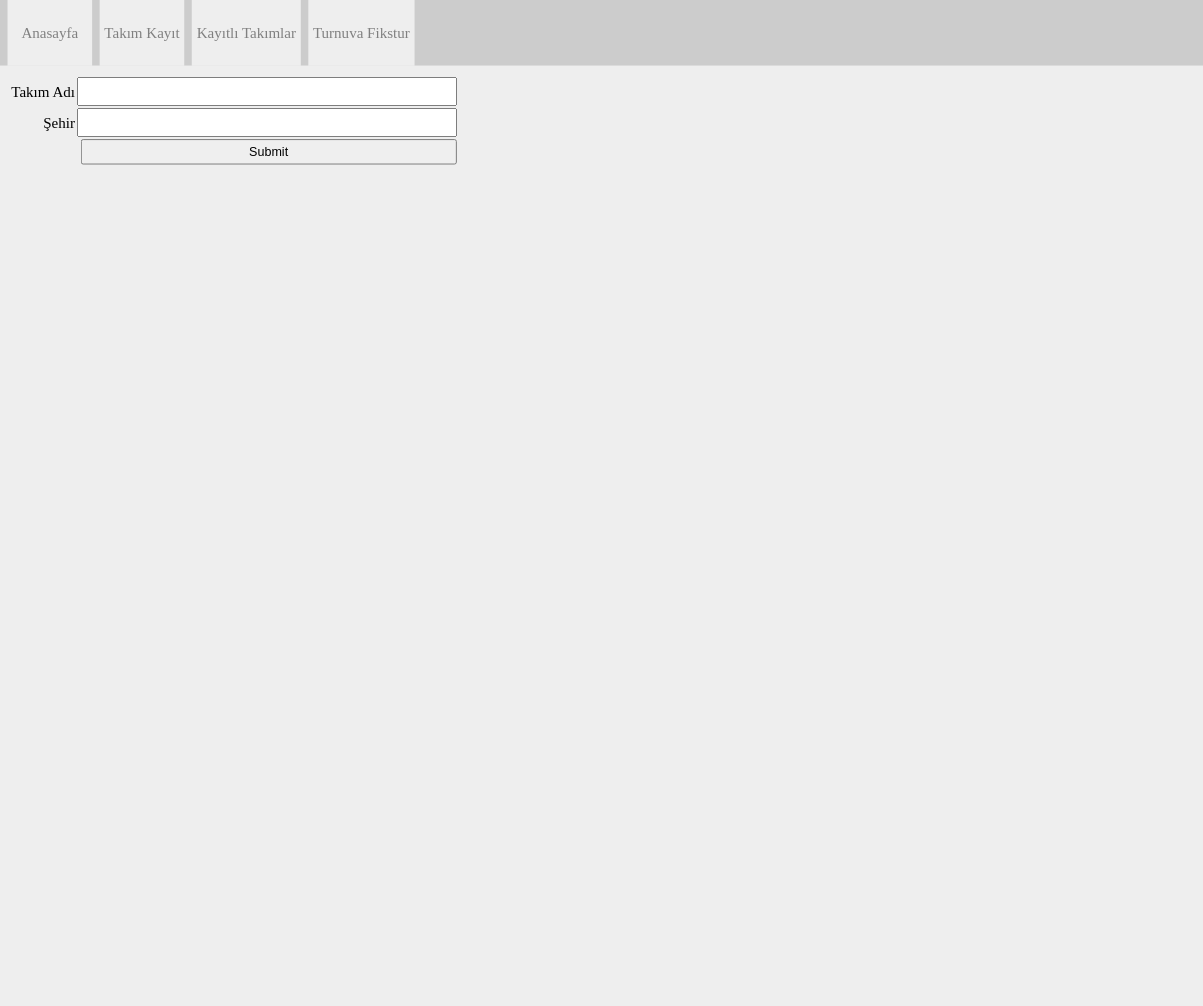
Repository: oktembaris77/internet_final
Page: http://localhost/internetfinal/takim_kayit.jsp
The author's editor kept a copy of each file at every save. The page is drawn from the files as they stood at one save, then again after the next save.
The browser window is 1280 px wide. The pictures show the whole page, at 94% of full size.
The page is served by Tomcat 9. Other server files are loaded and not shown.

Above is the page before, as saved 2020-05-11 20:01:22.

### internetfinal/WebContent/takim_kayit.jsp
<%@ page language="java" contentType="text/html; charset=UTF-8"
    pageEncoding="UTF-8"%>
<!DOCTYPE html>
<html>
<head>
<meta charset="ISO-8859-1">
<title>Takım Kayıt</title>
<meta charset="utf-8"/>
<style>
*{
	margin:0;padding:0;
}

#ustmenu{
width:100%;
height:70px;
background-color:#ccc;
}
a{
text-decoration:none;
color:gray;
}
a:hover{
text-decoration:none;
color:white;
}
#sayfabtn{
height:70px;
min-width:90px;
background-color:#eee;
color:white;
text-align:center;
margin-left:8px;
text-decoration:none;
padding:0px 5px 0px 5px;
box-sizing:border-box;
line-height:70px;
float:left;
}

#sayfabtn:hover{
transition:0.2s;
background-color:#ccc;
border:1px solid #ccc;
box-shadow: 1px 2px 1px 1px gray;
}

#icerik{
width:100%;
height:1000px;
background-color:#eee;
padding:10px;
box-sizing:border-box;
}

td{
text-align:right;
}
input{
height: 27px;
width: 400px;
}
</style>
</head>
<body>
	<div id="ustmenu">
		<div id="sayfabtn">
			<a href = "index.jsp">Anasayfa</a>
		</div>
		<div id="sayfabtn">
			<a href = "takim_kayit.jsp">Takım Kayıt</a>
		</div>
		<div id="sayfabtn">
			<a href = "kayitli_takimlar.jsp">Kayıtlı Takımlar</a>
		</div>
		<div id="sayfabtn">
			<a href = "turnuva_fikstur.jsp">Turnuva Fikstur</a>
		</div>
	</div>

	<div id="icerik">
		<form name="takimkayit" action="TakimKayitServlet" method="post">
			<table>
				<tr>
					<td>Takım Adı </td>
					<td><input id="inputtext" type="text" name="takimadi"></td>
				</tr>
				<tr>
					<td>Şehir </td>
					<td><input id="inputtext" type="text" name="sehir"></td>
				</tr>
				<tr>
					<td></td>
					<td><input type="submit"></td>
				</tr>
			</table>


		</form>
	</div>



</body>
</html>

After the next save:
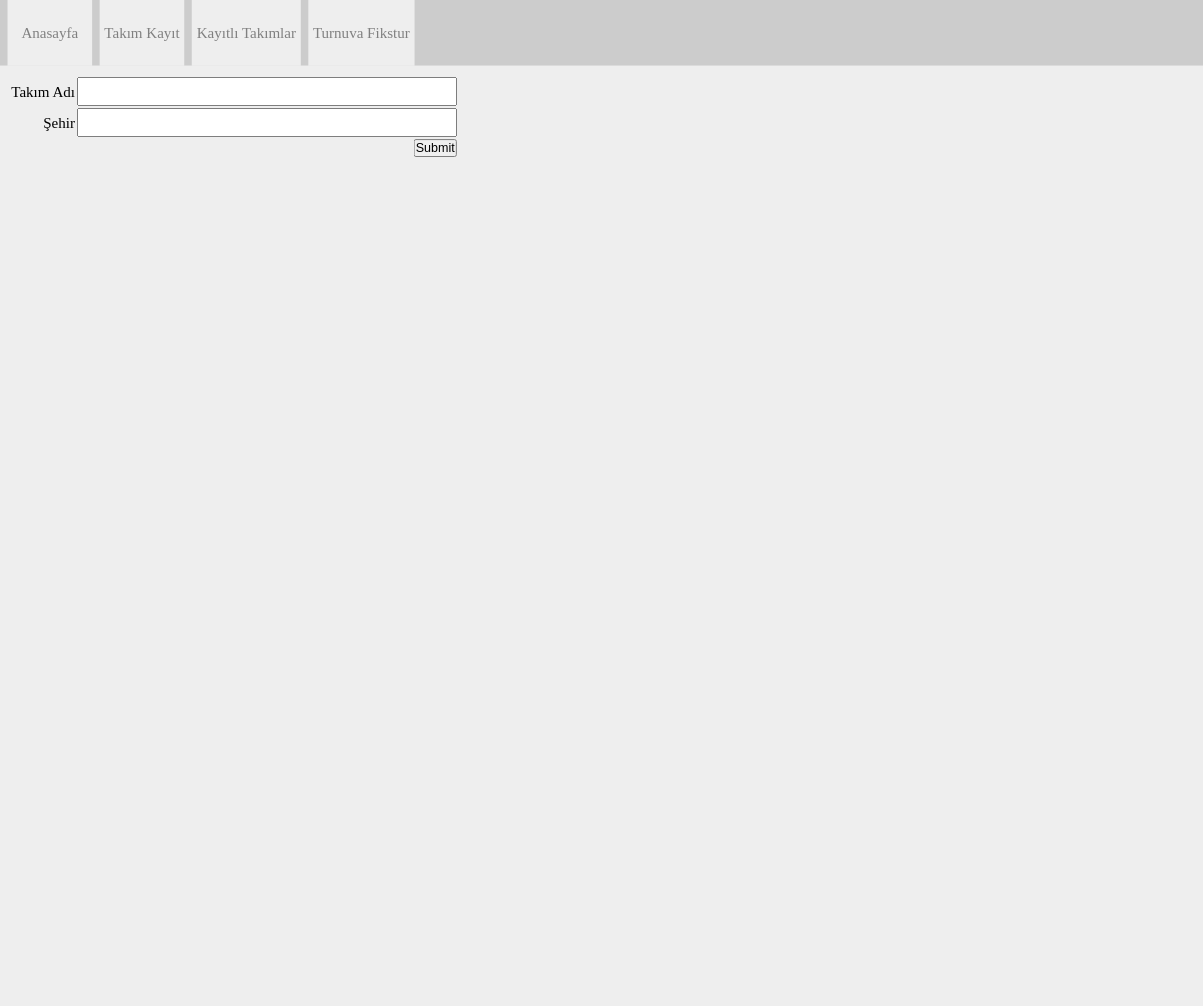
Saved 8 s later.
--- a/internetfinal/WebContent/takim_kayit.jsp
+++ b/internetfinal/WebContent/takim_kayit.jsp
@@ -56,7 +56,7 @@
 td{
 text-align:right;
 }
-input{
+#inputtext{
 height: 27px;
 width: 400px;
 }
